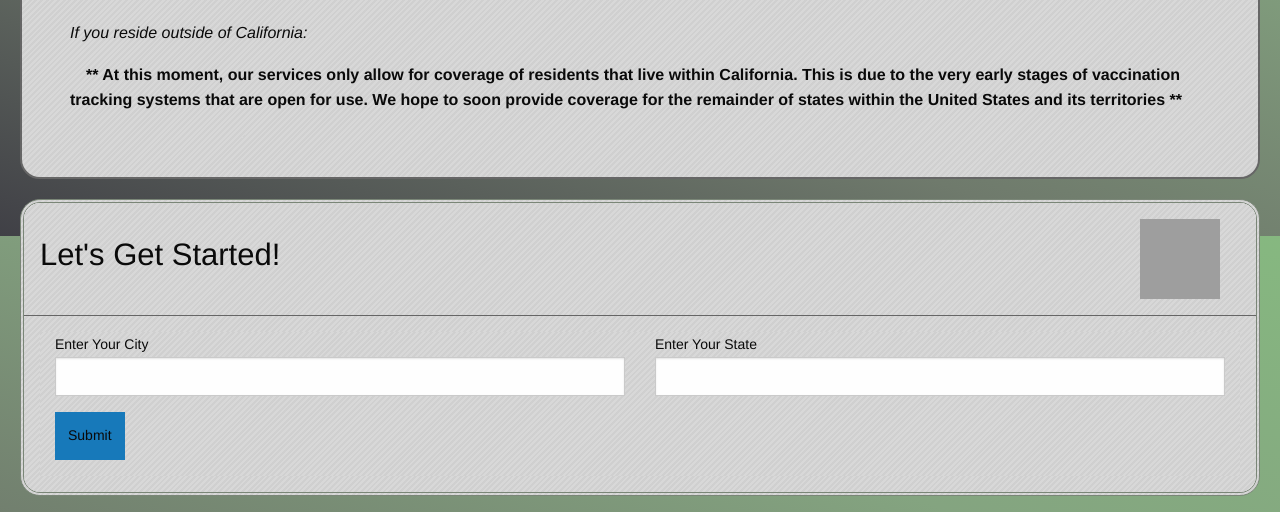
Repository: seddboi/Save-A-Shot
Page: index.html
These files come from the project's save history. The page is drawn as it stood at one moment and after the next save; the edit follows.
The browser window is 1280 px wide. The pictures show the part of the page from y = 1204 to 1716 px (the page is 1716 px tall).
Pictures or frames that could not be fetched are drawn as grey boxes. A picture or video elsewhere on the page could not be fetched, so the positions and the page height are approximate. The page's requests for data from a server got no answer. Backgrounds fixed to the window are drawn as part of the page. Some web libraries are served in a nearby version.

Above is the page before, as saved 2021-03-19 22:21:43.

After the next save:
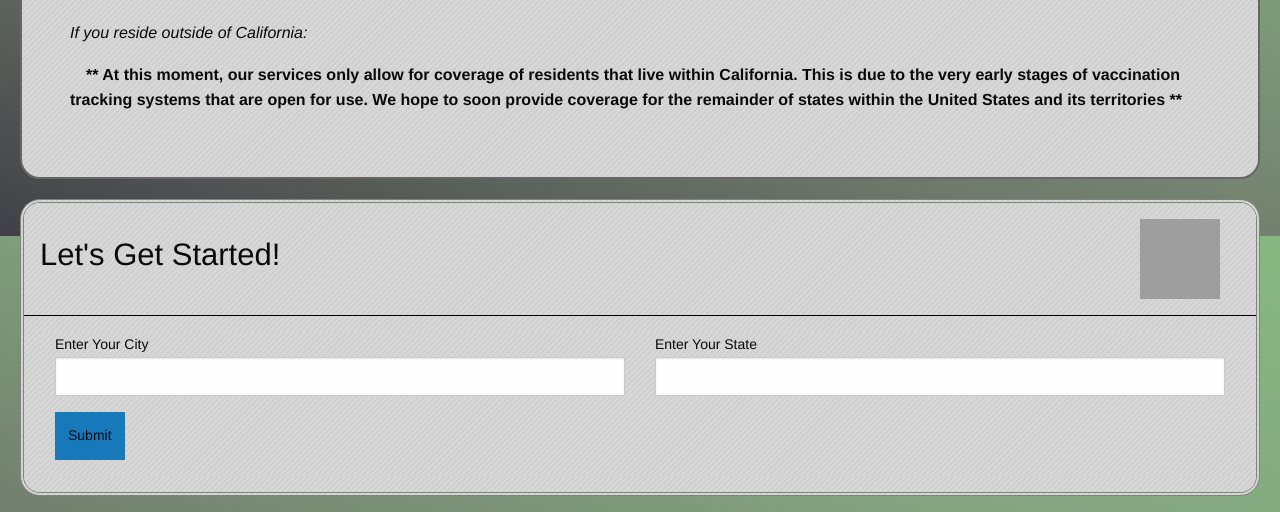
Saved 13 s later.
--- a/assets/css/style.css
+++ b/assets/css/style.css
@@ -53,7 +53,7 @@ body {
 }
 
 #card-divider {
-    border-bottom: 1px solid #666;
+    border-bottom: 1px solid #000000;
     background-image: repeating-linear-gradient(315deg, rgba(134,134,134, 0.1) 0px, rgba(134,134,134, 0.1) 2px,transparent 2px, transparent 4px),linear-gradient(270deg, rgb(216,216,216),rgb(216,216,216));
 }
 
